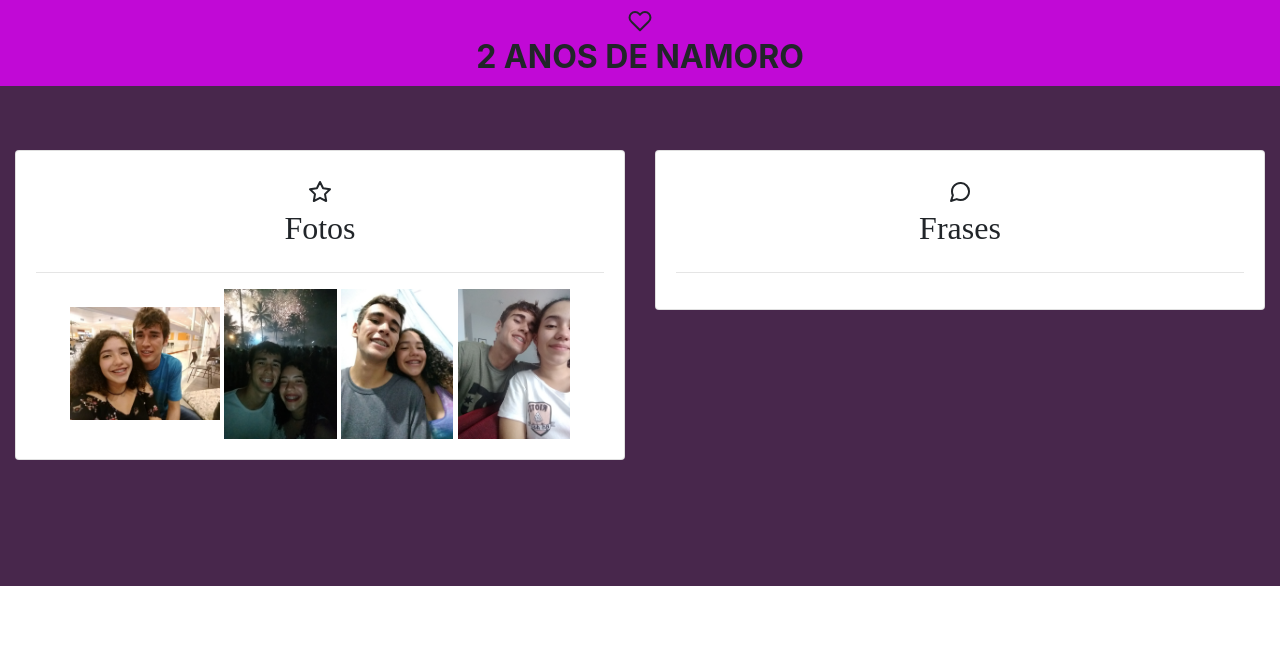
Repository: MeuAmor/meuamor.github.io
Page: index.html
The author's editor kept a copy of each file at every save. The page is drawn from the files as they stood at one save, then again after the next save.
The browser window is 1280 px wide. The pictures show the whole page.

Above is the page before, as saved 2019-08-20 23:01:26.

### index.html
<!DOCTYPE html>
<html lang="pt">
<head>
  <title>2 ANOS</title>
  <meta charset="utf-8">
  <meta name="viewport" content="width=device-width, initial-scale=1">
  <link rel="stylesheet" href="assets/css/bootstrap4.1/bootstrap.min.css">
  <script src="assets/js/jquery.3.3.1.min.js"></script>
  <script src="assets/js/bootstrap4.1/popper.min.js"></script>
	<script src="assets/js/bootstrap4.1/bootstrap.min.js"></script>
	<!-- <style>
			hr {
				margin-top: 1rem;
				margin-bottom: 1rem;
				border: 5;
				border-top: 1px solid rgba(0, 0, 0, 0.1);
			}
		</style> -->
</head>
<body class="container-fluid">


	<div class="row" style="background:#c109d6">
		<div class="col-md-12 text-left">
			<h2>
                <!-- <svg xmlns="http://www.w3.org/2000/svg" width="24" height="24" viewBox="0 0 24 24" fill="none" stroke="currentColor"
                        stroke-width="2" stroke-linecap="round" stroke-linejoin="round" class="feather feather-heart">
                    <path d="M20.84 4.61a5.5 5.5 0 0 0-7.78 0L12 5.67l-1.06-1.06a5.5 5.5 0 0 0-7.78 7.78l1.06 1.06L12 21.23l7.78-7.78 1.06-1.06a5.5 5.5 0 0 0 0-7.78z"/>
                </svg> -->
                <div class="text-center">

                    <svg xmlns="http://www.w3.org/2000/svg" width="24" height="24" viewBox="0 0 24 24" fill="none" stroke="currentColor"
                            stroke-width="2" stroke-linecap="round" stroke-linejoin="round" class="feather feather-heart">
                        <path d="M20.84 4.61a5.5 5.5 0 0 0-7.78 0L12 5.67l-1.06-1.06a5.5 5.5 0 0 0-7.78 7.78l1.06 1.06L12 21.23l7.78-7.78 1.06-1.06a5.5 5.5 0 0 0 0-7.78z"/>
                    </svg>
                </div>
                <div class="text-center" >

                    <b>2 ANOS DE NAMORO </b>
                </div>
            </h2>
		</div>
		<div class="col-md-6 " id="redes_sociais">
			<!-- <a style="margin:10px;" class="btn btn-info btn-xs float-right" href="http://www.linkedin.com/in/leonardo-bernardes-da-silva-a8869b132">
				<svg xmlns="http://www.w3.org/2000/svg" width="24" height="24" viewBox="0 0 24 24" fill="none" stroke="currentColor" stroke-width="2" stroke-linecap="round" stroke-linejoin="round" class="feather feather-linkedin">
					<path d="M16 8a6 6 0 0 1 6 6v7h-4v-7a2 2 0 0 0-2-2 2 2 0 0 0-2 2v7h-4v-7a6 6 0 0 1 6-6z"></path><rect x="2" y="9" width="4" height="12"></rect>
					<circle cx="4" cy="4" r="2"></circle></svg>	LinkedIn</a>
				<a style="margin:10px;" class="btn btn-primary btn-xs float-right" href="http://www.facebook.com/lezinho.bernardes">
					<svg xmlns="http://www.w3.org/2000/svg" width="24" height="24" viewBox="0 0 24 24" fill="none" stroke="currentColor" stroke-width="2" stroke-linecap="round" stroke-linejoin="round" class="feather feather-facebook">
						<path d="M18 2h-3a5 5 0 0 0-5 5v3H7v4h3v8h4v-8h3l1-4h-4V7a1 1 0 0 1 1-1h3z"></path>
					</svg>
					LinkedIn
				</a>  -->
		</div>


</div>
<div class="row" style="background:#48274c;min-height: 500px;">

	<!-- <hr> -->
	<!-- <p style="margin: 10px;">
		<a class="btn btn-dark" data-toggle="collapse" href="#multiCollapseExample1" role="button" aria-expanded="false" aria-controls="multiCollapseExample1">Toggle first element</a>
		<button class="btn btn-dark" type="button" data-toggle="collapse" data-target="#multiCollapseExample2" aria-expanded="false" aria-controls="multiCollapseExample2">Toggle second element</button>
		<button class="btn btn-dark" type="button" data-toggle="collapse" data-target=".multi-collapse" aria-expanded="false" aria-controls="multiCollapseExample1 multiCollapseExample2">Toggle both elements</button> -->
	<!-- </p> -->


	<div class="col-md-6" style="margin-top: 5%;">
		<div class="card card-body">
            <h2>
                <div class="text-center">

                    <svg xmlns="http://www.w3.org/2000/svg" width="24" height="24" viewBox="0 0 24 24"
                        fill="none" stroke="currentColor" stroke-width="2" stroke-linecap="round" stroke-linejoin="round"
                        class="feather feather-star">
                        <polygon points="12 2 15.09 8.26 22 9.27 17 14.14 18.18 21.02 12 17.77 5.82 21.02 7 14.14 2 9.27 8.91 8.26 12 2"/>
                    </svg>
                </div>
                <div class="text-center" style="font-family: 'Times New Roman', Times, serif">

                    Fotos
                </div>
            </h2>
            <hr>
            <div>

                <!-- <svg xmlns="http://www.w3.org/2000/svg" width="24" height="24" viewBox="0 0 24 24">
                    <path d="M8.59 16.59L13.17 12 8.59 7.41 10 6l6 6-6 6-1.41-1.41z"/>
                    <path fill="none" d="M0 0h24v24H0V0z"/>
                </svg>
                Primeira foto juntos<br> -->
                <div class="text-center">
                    <img src="imagens/primeira_foto.jpg" alt="Primeira Foto" width="150px;">
                    <img src="imagens/segunda_foto.jpg" alt="Segunda Foto" height="150px;">
                    <img src="imagens/terceira_foto.jpg" alt="Terceira Foto" height="150px;">
                    <img src="imagens/quarta_foto.jpg" alt="Quarta Foto" height="150px;">

                </div>
                <!-- <br>
                <svg xmlns="http://www.w3.org/2000/svg" width="24" height="24" viewBox="0 0 24 24">
                    <path d="M8.59 16.59L13.17 12 8.59 7.41 10 6l6 6-6 6-1.41-1.41z"/>
                    <path fill="none" d="M0 0h24v24H0V0z"/>
                </svg>
                1º Dia dos Namorados<br>
                <div class="text-center">


                </div>
                <br>


                <svg xmlns="http://www.w3.org/2000/svg" width="24" height="24" viewBox="0 0 24 24">
                    <path d="M8.59 16.59L13.17 12 8.59 7.41 10 6l6 6-6 6-1.41-1.41z"/>
                    <path fill="none" d="M0 0h24v24H0V0z"/>
                </svg> 2º Dia dos Namorados -->

            </div>
		</div>
	</div>
	<div class="col-md-6" style="margin-top: 5%;">
		<div class="card card-body">
            <h2 style="text-align:center;">
                <div class="text-center">

                    <svg xmlns="http://www.w3.org/2000/svg" width="24" height="24" viewBox="0 0 24 24" fill="none" stroke="currentColor" stroke-width="2" stroke-linecap="round" stroke-linejoin="round" class="feather feather-message-circle">
                    <path d="M21 11.5a8.38 8.38 0 0 1-.9 3.8 8.5 8.5 0 0 1-7.6 4.7 8.38 8.38 0 0 1-3.8-.9L3 21l1.9-5.7a8.38 8.38 0 0 1-.9-3.8 8.5 8.5 0 0 1 4.7-7.6 8.38 8.38 0 0 1 3.8-.9h.5a8.48 8.48 0 0 1 8 8v.5z"/></svg>
                </div>
                <div class="text-center" style="font-family: 'Times New Roman', Times, serif">
                    Frases
                </div>
            </h2>
			<hr>
            <div class="row">


            </div>
        </div>

	</div>

</div>
</body>
</html>

Loaded but not shown: assets/css/bootstrap4.1/bootstrap.min.css (library); assets/js/jquery.3.3.1.min.js (library); assets/js/bootstrap4.1/popper.min.js (library); assets/js/bootstrap4.1/bootstrap.min.js (library)

After the next save:
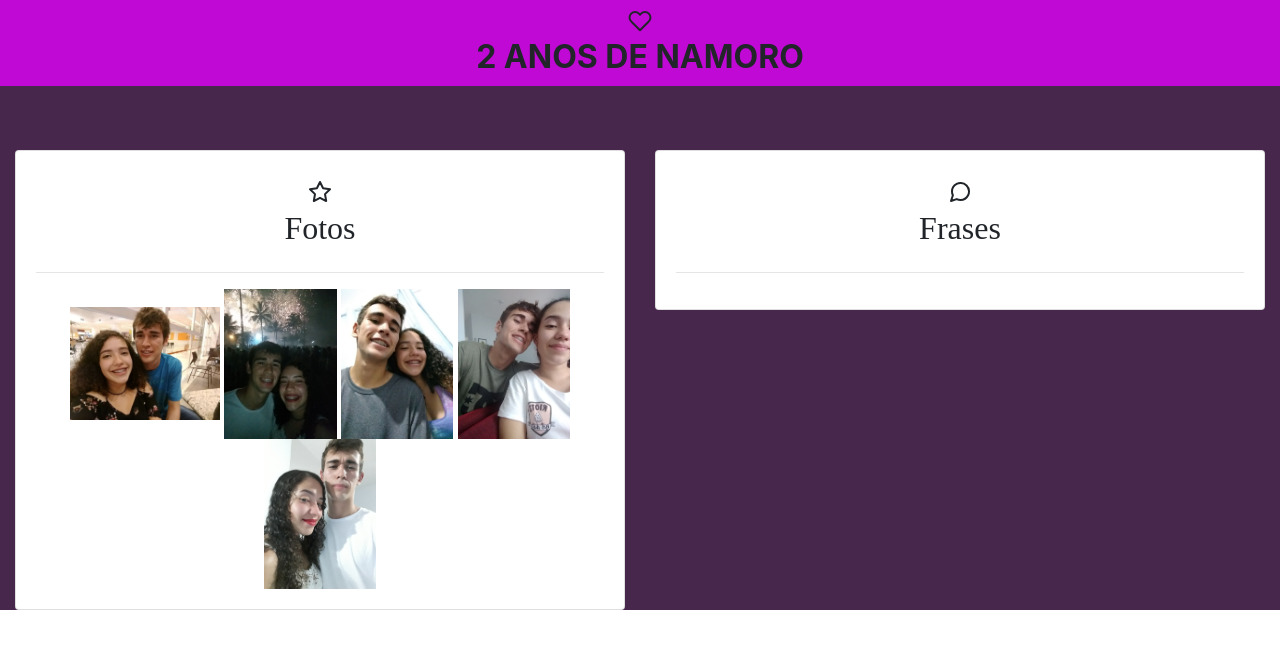
Saved 4 min 41 s later.
--- a/index.html
+++ b/index.html
@@ -94,6 +94,7 @@
                     <img src="imagens/segunda_foto.jpg" alt="Segunda Foto" height="150px;">
                     <img src="imagens/terceira_foto.jpg" alt="Terceira Foto" height="150px;">
                     <img src="imagens/quarta_foto.jpg" alt="Quarta Foto" height="150px;">
+                    <img src="imagens/1.jpg" alt="" height="150px;">
 
                 </div>
                 <!-- <br>
